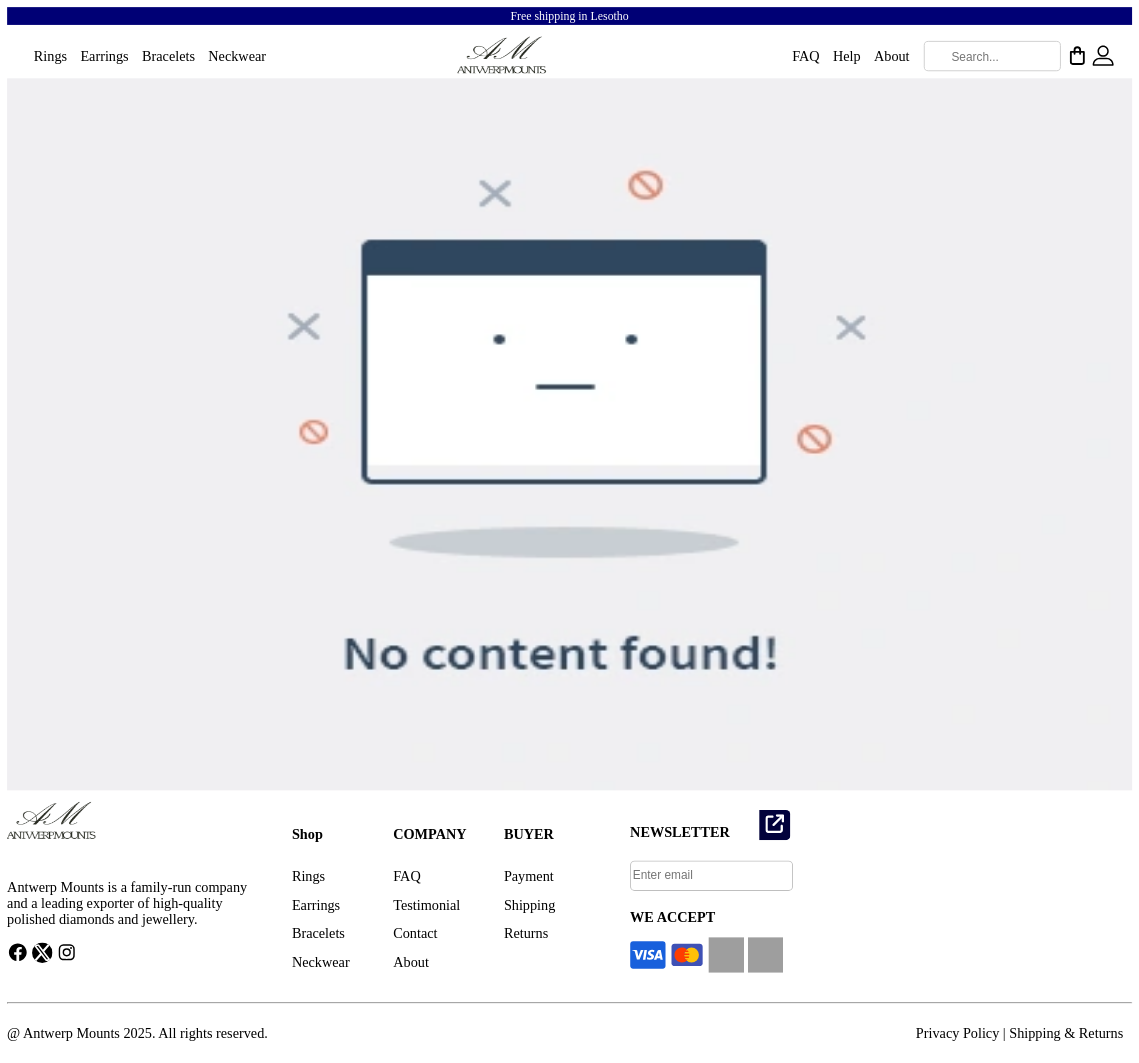
Repository: kea-0424/Web-Development-Project-1
Page: First_collaboration/JewelarySite.html
The author's editor kept a copy of each file at every save. The page is drawn from the files as they stood at one save, then again after a run of saves.
The browser window is 1280 px wide. The pictures show the whole page, at 89% of full size.
Pictures or frames that could not be fetched are drawn as grey boxes.

Above is the page before, as saved 2025-01-23 11:23:10.

### First_collaboration/JewelarySite.html
<!DOCTYPE html>
<html lang="en">
<head>
    <meta charset="UTF-8">
    <meta name="viewport" content="width=device-width, initial-scale=1.0">
    <title>Document</title>
    <link rel="stylesheet" href="./JewelarySite.css">
</head>
<body>
    <header>
        <div class="notification">
            <span>Free shipping in Lesotho</span>
        </div>
        <nav>
                <ul class="navigations"  id="right_nav">
                    <li class="navbar_links"><a href="#">Rings</a></li>
                    <li class="navbar_links"><a href="#">Earrings</a></li>
                    <li class="navbar_links"><a href="#">Bracelets</a></li>
                    <li class="navbar_links"><a href="#">Neckwear</a></li>
                </ul>

            <div class="logo_container">
<img src="Main_Logo-removebg-preview.png" alt="Logo" class="main_logo" id="Nav_logo">
            </div>
                <ul class="navigations" id="left_nav">
                    <li class="navbar_links"><a href="#">FAQ</a></li>
                    <li class="navbar_links"><a href="#">Help</a></li>
                    <li class="navbar_links"><a href="#">About</a></li>
                </ul>
                <form action="#">
                    <i class='bx bx-search-alt-2'></i>
                    <input class='searchbar' type="text" placeholder="Search...">
                </form>
                <div class="nav_icons">
                    <img src="./cart.svg" alt="Logo" class="icon">
                    <img src="./profile.svg" alt="Logo" class="icon">
                </div>
        </nav>
    </header>
    <main>
        <img src="./NoContent.webp" alt="No_Content" class="No_Content">
    </main>
    <footer>
        <div class="about_us">
            <div class="logo_container">
                <img src="Main_Logo-removebg-preview.png" alt="Logo" class="main_logo">
                            </div>
                            <div class="bio">
                                <p>Antwerp Mounts is a family-run company<br>
                                    and a leading exporter of high-quality<br>
                                   polished diamonds and jewellery.</p>
                            </div>
                                <div class="social_media">
                                    <div class="socials" >
                                        <a href="#"><img src="./bxl-facebook-circle (1).svg" alt="Facebook" id="facebook_link"></a>
                                    </div>
                                    <div class="socials">
                                        <a href="#"><img src="./x-twitter-brands-solid.svg" alt="Twitter" id="X_link"></a>
                                    </div>
                                    <div class="socials">
                                        <a href="#"><img src="./bxl-instagram (1).svg" alt="Instagram" id="instagram_link"></a>
                                    </div>
                                    </div>
        </div>
        <div class="navigation">
            <div class="list1">
                <h4>Shop</h4>
                <ul class="footer_lists">
                    <li><a href="#">Rings</a></li>
                    <li><a href="#">Earrings</a></li>
                    <li><a href="#">Bracelets</a></li>
                    <li><a href="#">Neckwear</a></li>
                </ul>
            </div>
            <div class="list2">
               <h4>COMPANY</h4>
               <ul class="footer_lists">
                <li><a href="#">FAQ</a></li>
                <li><a href="#">Testimonial</a></li>
                <li><a href="#">Contact</a></li>
                <li><a href="#">About</a></li>
               </ul>
            </div>
            <div class="list3">
                <h4>BUYER</h4>
                <ul class="footer_lists">
                    <li><a href="#">Payment</a></li>
                    <li><a href="#">Shipping</a></li>
                    <li><a href="#">Returns</a></li>
                </ul>
            </div>
        </div>
        <div class="Subscription">
            <h4>NEWSLETTER</h4>
            <form action="#">
                <div class="">

                </div>
                <input type="text" placeholder="Enter email" class="newsletter_input">
                <button type="submit" class="submit_btn"><img src="./arrow-up-right-from-square-solid.svg" alt="arrow"></button>
            </form>
            <h4>WE ACCEPT</h4>
            <div class="payment_methods">
                <div class="payment_method">
                    <img src="./cc-visa-brands-solid.svg" alt="visa" id="visa">
                </div>
                <div class="payment_method">
                    <img src="mastercard.svg" alt="mastercard" id="mastercard">
                </div>
                <div class="payment_method">
                    <img src="./paypal.svg" alt="paypal" id="paypal">
        </div>
        <div class="payment_method">
            <img src="./skrill.svg" alt="skrill" id="skrill">
        </div>
            </div>
        </div>
        <hr>
        <div class="copyright">
            <p class="left_details">@ Antwerp Mounts 2025. All rights reserved.</p>
            <p class="right_details">Privacy Policy | Shipping & Returns</p>
        </div>
    </footer>
</body>
</html>

### First_collaboration/JewelarySite.css

body {
    box-sizing: border-box;
}
.notification {
    background-color: rgb(0 0 117);
    color: rgb(255 255 255);
    display: flex;
    align-items: center;
    justify-content: center;
    font-size: smaller;
    width: inherit;
    height: 20px;
}
nav {
    display: flex;
    justify-content: space-between;
    /*padding: 10px;*/
}
.main_logo {
    height: 80px;
    width: 100px;
    margin-top: 0;

}
#Nav_logo {
    margin: 0 auto;
    position: absolute;
    left: 40%;
}
.navigations,.navbar_links {
    list-style-type: none;
    display: flex;
    justify-content: space-between;
list-style: none;
text-decoration: none;
color: inherit;
margin-right: 15px;
padding: 0;
}
nav {
    position:relative;
    width: 100%;
    height: 60px
}

a {
    text-decoration: none;
color: inherit;
}
a:hover {
    /*font-size: larger;*/
    transition: font-size 0.2s ease-in-out;
    position: relative;
    /*background-color: blue;*/
    color: rgba(0 0 255 / 0.26);
    border-radius: 3px;
}
main,.No_Content {
    width: 100%;
    height: 800px;
}
.searchbar {
    width: 120px;
    height: 30px;
    border-radius: 5px;
    border: 1px solid #ccc;
    margin-top: 18px;
    padding-left: 30px;
    position: absolute;
    right: 80px;

}
.navbar_links {
    margin-top: 10px;
}
.icon {
    width: 25px;
    height: 25px;
    margin-top: 22px;
}
#left_nav{
    position: absolute;
    right: 220px;
}
#right_nav {
    position: absolute;
    left: 30px;
}
.nav_icons {
    margin-right: 20px;
}
.socials {
    /*border: 1px solid red;*/
    display: inline;
    height: 50px;
    width: 50px;
}
.bio {
    /*border: 1px solid red;*/
    display: inline-block;
}
#X_link {
    background-color: black;
    height: 23px;
    width: 23px;
    border-radius: 50%;
    display: inline-block;
}
/*.list1,.list2,.list3*/.navigation{
    /*border: 1px solid red;*/
    display: inline-block;
    position: absolute;
    left: 320px;
    top: 20px;
box-sizing: border-box;
}
footer {
    /*border: 1px solid red;*/
    position: relative;
}
.list1,.list2,.list3 {
    /*border: 1px solid red;*/
    display: inline-block;
    box-sizing: border-box;
    margin-right: 5px;
}
.list3 {
    position: relative;
    bottom: 32px;
}
.footer_lists {
    position: relative;
    right: 40px;
    list-style: none;
    line-height: 2em;
}
.newsletter_input {
    height: 30px;
    overflow: hidden;
    border-radius: 5px;
    border: 1px solid rgba(0 0 0 / 0.25);
    position: relative;
    /*z-index: 1;*/
}
.submit_btn {
    background-color: rgb(2 2 59);
    border: 1px solid transparent;
    height: 34px;
    width: 35px;
    position: absolute;
    right: 3px;
    top: 4px;
    border-radius:0px 5px 5px 0px;
}
#visa, #mastercard, #paypal, #skrill {
    height: 40px;
    width: 40px;
}
#visa:hover, #mastercard:hover, #paypal:hover, #skrill:hover {
    height: 50px;
    width: 50px;
}
.payment_method {
    /*border: 1px solid red;*/
    display: inline-block;
    position: relative;
    bottom: 8px;
}
.Subscription {
/*border: 1px solid red;*/
display: inline;
position: absolute;
left: 700px;
top:18px;
}
hr {
    margin-top: 40px;
}
.copyright {
   /* border: 1px solid red;*/
    position: relative;
}
.left_details {
    /*border: 1px solid red;*/
    display: inline-block;
}
.right_details {
    /*border: 1px solid red;*/
    display: inline;
    position: absolute;
    right: 10px;
}

After the next 4 saves:
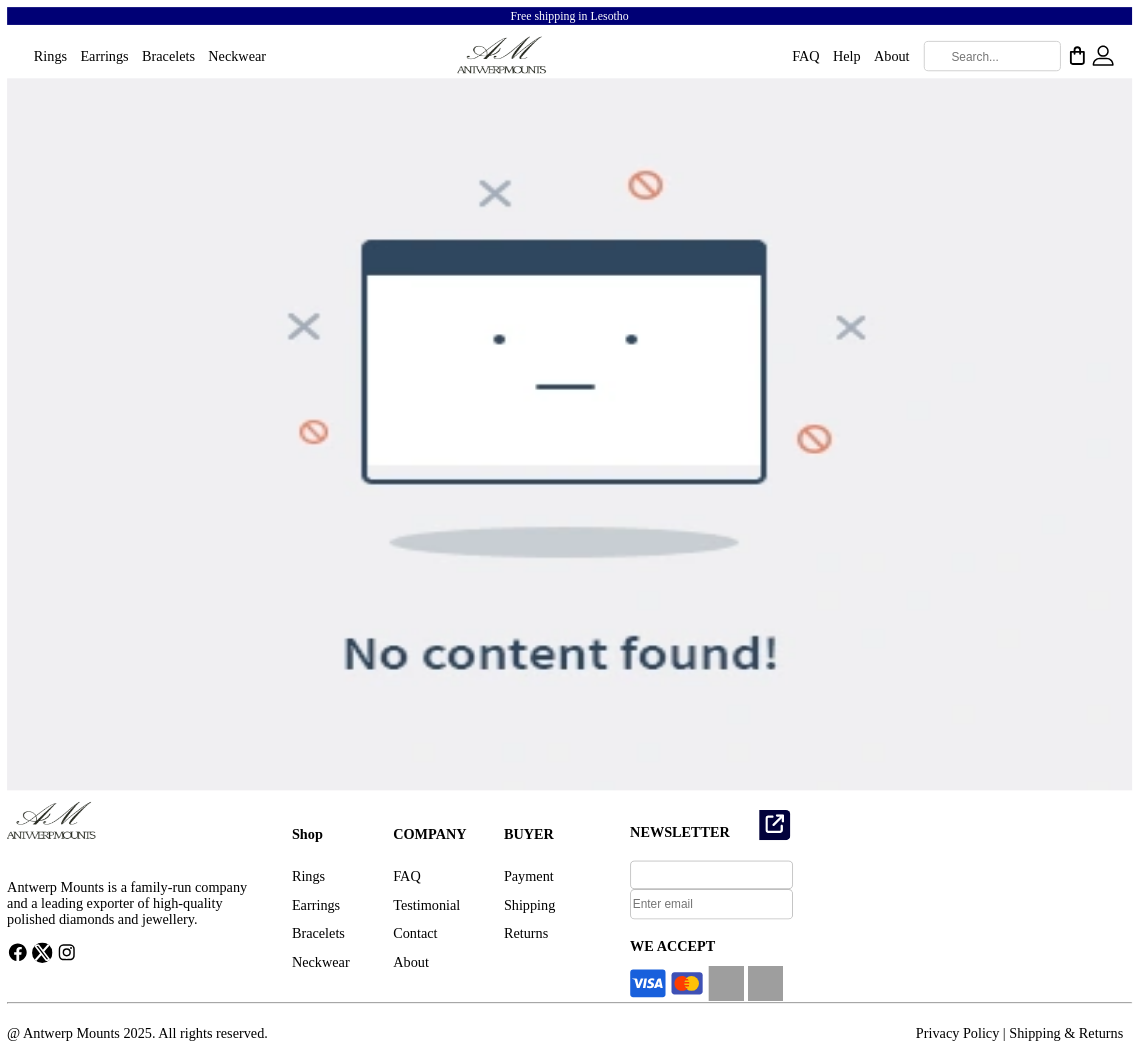
The 4 saves are shown as one change because they came seconds apart.
The last was saved 14 s later.
--- a/First_collaboration/JewelarySite.html
+++ b/First_collaboration/JewelarySite.html
@@ -93,7 +93,7 @@
         <div class="Subscription">
             <h4>NEWSLETTER</h4>
             <form action="#">
-                <div class="">
+                <div class="newsletter_input">
 
                 </div>
                 <input type="text" placeholder="Enter email" class="newsletter_input">
